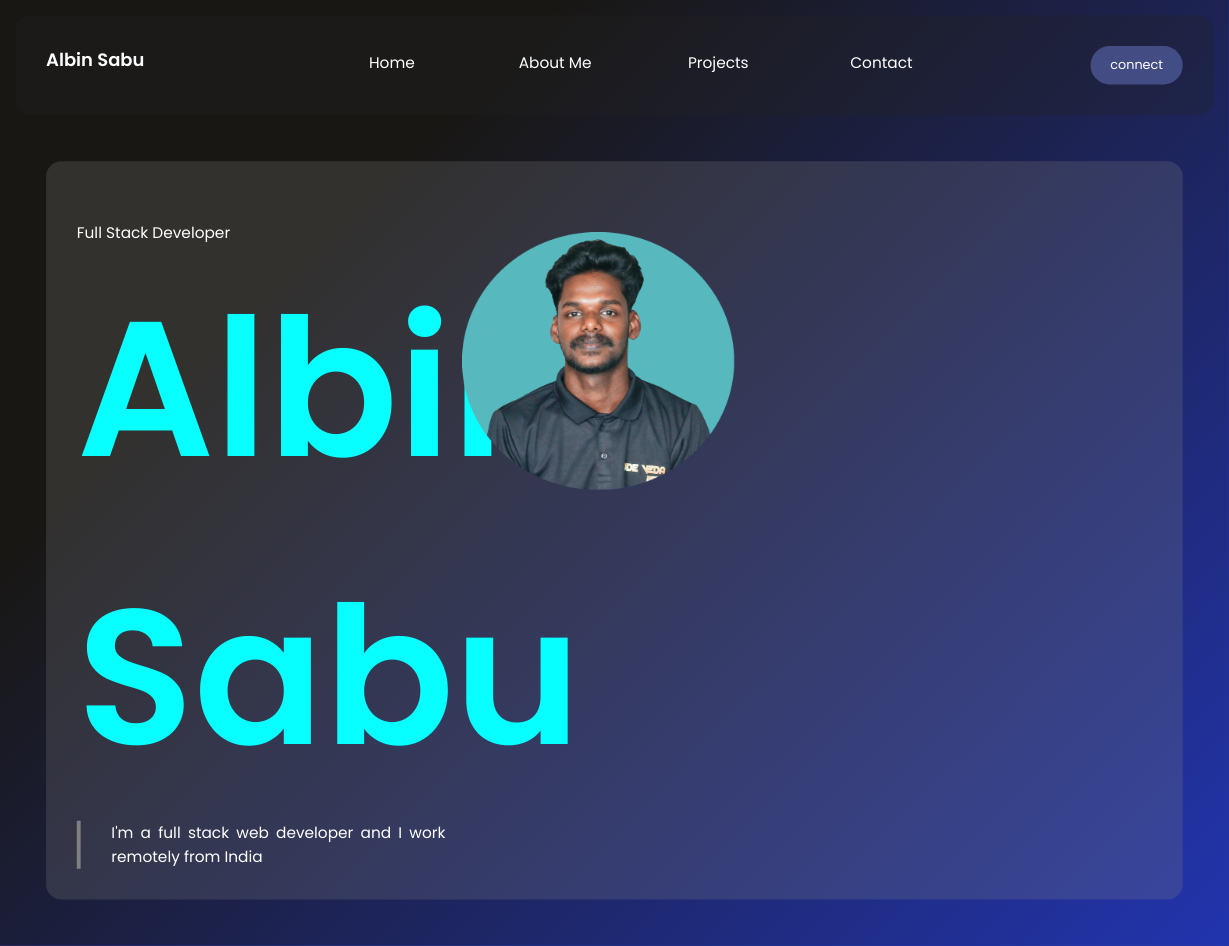
Repository: albinsabu2023/personalwebsite
Page: index.html
The author's editor kept a copy of each file at every save. The page is drawn from the files as they stood at one save, then again after the next save.
The browser window is 1280 px wide. The pictures show the whole page, at 96% of full size.

Above is the page before, as saved 2023-09-02 17:28:05.

### index.html
<!DOCTYPE html>
<html lang="en">
<head>
    <meta charset="UTF-8">
    <meta name="viewport" content="width=device-width, initial-scale=1.0">
    <title>Document</title>
    <link rel="stylesheet" href="style.css">
    <link rel="stylesheet" href="media.css">
</head>
<body>
    <nav >
        <h3 class="title">Albin Sabu</h3>
        <ul>
            <li class><a href="#home">Home</a></li>
            <li><a href="#about">About Me</a></li>
            <li><a href="#project">Projects</a></li>
            <li><a href="#contact">Contact</a> </li>
        </ul>
        <button class="btn-connect">connect</button>
    </nav>
    <div id="home">

        <div class="profile__text">

            <p>Full Stack Developer</p>
            <h1>Albin Sabu</h1>
            <div class="profile__detail">
                <span class="line"> </span>
                <p>I'm a full stack web developer and I work remotely from India</p>

            </div>

        </div>
        <div class="profile__img">
            <img src="./assets/albin.png" alt="">
        </div>
        <div class="profile__links"></div>
    </div>
</body>
</html>

### style.css
@import url('https://fonts.googleapis.com/css2?family=Poppins:ital,wght@0,300;0,400;0,500;0,600;1,300;1,500;1,600&display=swap');
*{
    margin:0;
    font-family: 'Poppins', sans-serif;

}
body{

    color: white;
    margin-top: 1rem;

    background-color: #2234ae;
    /* height:100vh; */
    background-image: linear-gradient(315deg, #2234ae 0%, #191714 74%);

}
nav{
    position: sticky;
    z-index: 0;
    display: flex;
    padding: 2rem;
    margin: 1rem;
    background-color: rgba(34, 34, 34, 0.3);
    border-radius: 1rem;
    justify-content: space-between;

}

nav ul{
    list-style-type: none;
    display: flex;
    gap: 2rem;
    justify-content: space-between;



}

nav ul li:hover{
    background: rgba(74, 74, 74, 0.4);


}
nav ul li{
    padding: 5px;
    border-radius: 1rem;
    text-align: center;
    width: 8rem;


}
nav ul li a{
    text-decoration: none;
    color: white;
}

.btn-connect{
    background: rgba(104, 121, 197, 0.5);
    border: none;
    color: white;
    padding: 10px;
    border-radius: 3rem;
    width: 6rem;

}
.btn-connect:hover{
    background: #0c68f2;
}

#home{
    margin: 3rem;
    padding: 2rem;
    background: rgba(128, 128, 128, 0.24);
    border-radius: 1rem;
    display: flex;
    flex:.3;


}
.line{
    border: gray 2px solid;
}
.profile__text{
    width: 30vw;
    text-align: justify;
    margin-top: 30px;
}
.profile__text p{
    font-size:4xl ;
}
.profile__text h1{
    color: rgb(7, 255, 255);
    font-size:200px ;

}
.profile__detail{
    display: flex;
    flex-direction: col;
    gap: 2rem;

}
.profile__img{
    flex:.5;
    align-items: center ;
    padding: 10px;
}
.profile__img img{
    height: 300px;
    width: 300px;
}

### media.css
@media  screen and (max-width:600px) {
    nav ul{
        flex-direction: column;
        display: none;

    }
    #home{
        margin: 4px;
        /* flex-direction: column; */
        flex-wrap: wrap;

    }
    .profile__text{
        width:80vw;
    }
}

After the next save:
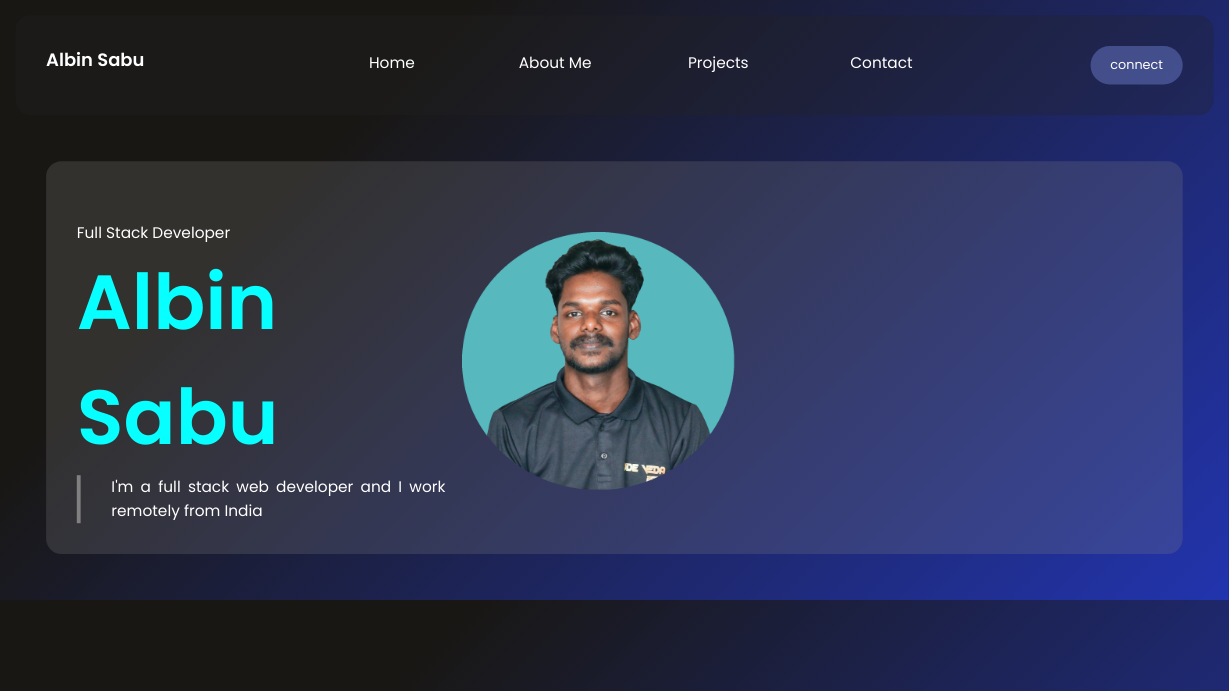
Saved 9 s later.
--- a/style.css
+++ b/style.css
@@ -90,7 +90,7 @@ nav ul li a{
 }
 .profile__text h1{
     color: rgb(7, 255, 255);
-    font-size:200px ;
+    font-size:80px ;
 
 }
 .profile__detail{
